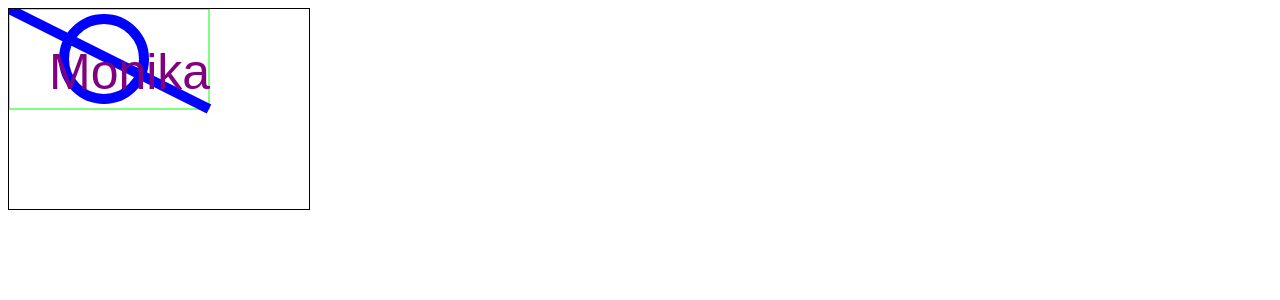
Repository: BhardwajMonika/core-java
Page: HTML2/WebContent/Canvas1.html
These files come from the project's save history. The page is drawn as it stood at one moment and after the next save; the edit follows.
The browser window is 1280 px wide. The pictures show the whole page.

Above is the page before, as saved 2019-02-27 09:40:49.

After the next save:
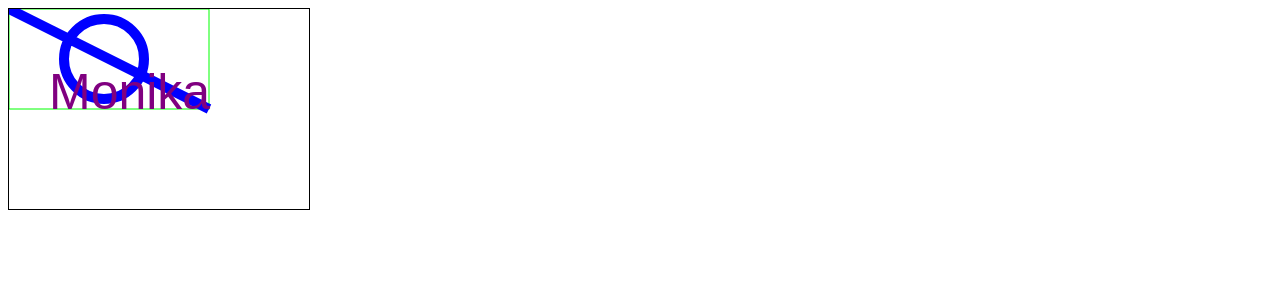
Saved 8 s later.
--- a/HTML2/WebContent/Canvas1.html
+++ b/HTML2/WebContent/Canvas1.html
@@ -34,7 +34,7 @@
 
 	ctx.font="50px Arial";
 	ctx.fillStyle='purple';
-	ctx.fillText("Monika",40,80);
+	ctx.fillText("Monika",40,100);
 
 </script>
 
